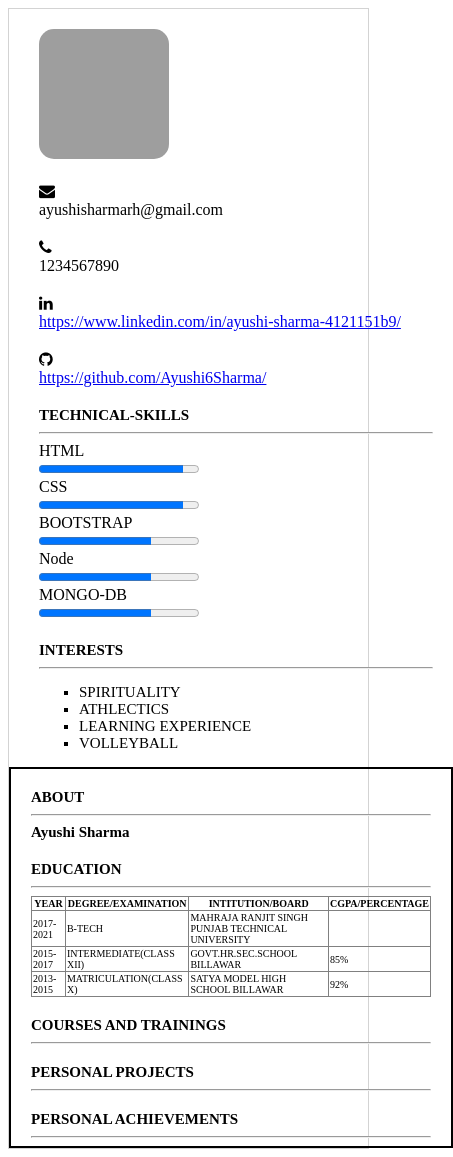
Repository: Ayushi6Sharma/Resume
Page: index.html
These files come from the project's save history. The page is drawn as it stood at one moment and after the next save; the edit follows.
The browser window is 375 px wide. The page is 453 px wide, then 419 px, so the pictures cover 453 px, including what lies to the right of the window. The pictures show the whole page.
Pictures or frames that could not be fetched are drawn as grey boxes.

Above is the page before, as saved 2022-05-04 11:45:11.

### index.html
<!DOCTYPE html>
<html lang="en">
    <head>
        <meta charset="utf-8">
        <meta http-equiv="X-UA-Compatible" content="IE=edge">
        <meta name="viewport" content="width=device-width, initial-scale=1">
        <meta name="description" content="Responsive resume for companies">
        <meta name="author" content="Ayushi Sharma">
        <div class="profile-linkedin"></div>
        <link rel="stylesheet" href="style.css">
        <!-- <link rel="stylesheet" href="https://cdn.jsdelivr.net/npm/@fortawesome/fontawesome-free@5.15.4/css/fontawesome.min.css" integrity="sha384-jLKHWM3JRmfMU0A5x5AkjWkw/EYfGUAGagvnfryNV3F9VqM98XiIH7VBGVoxVSc7" crossorigin="anonymous"> -->
        <!-- <link href="https://cdnjs.cloudflare.com/ajax/libs/font-awesome/5.13.0/css/all.min.css" rel="stylesheet"> -->
        <link rel="stylesheet" href="https://stackpath.bootstrapcdn.com/font-awesome/4.7.0/css/font-awesome.min.css" integrity="sha384-wvfXpqpZZVQGK6TAh5PVlGOfQNHSoD2xbE+QkPxCAFlNEevoEH3Sl0sibVcOQVnN" crossorigin="anonymous">
        <title>Resume</title>
    </head>
    <body>
        <main class="main-content" contenteditable="false">
            <section>
                <div class="left-main-content">
                    <!-- Profile data -->
                    <div class="profile-data">
                        <div class="profile-image">
                           <img src="https://d3dyfaf3iutrxo.cloudfront.net/thumbnail/user/6c8447b7ed274991ae4f61d43667a32b.jpeg" class="img">
                        </div>
                        <div class="profile-email">
                            <div class="email-icon">
                                <i class="fa fa-envelope"></i>
                            </div>
                            <div class="email-address">
                                ayushisharmarh@gmail.com
                            </div>
                        </div>
                        <div class="profile-contact">
                            <div class="phone-icon">
                                <i class="fa fa-phone"></i>
                            </div>
                            <div class="phone-number">
                                1234567890
                            </div>
                        </div>
                        <div class="profile-linkedin">
                            <div class="linkedid-icon">
                                <i class="fa fa-linkedin"></i>
                            </div>
                            <div class="linkedin-account">
                                <a href="https://www.linkedin.com/in/ayushi-sharma-4121151b9/">https://www.linkedin.com/in/ayushi-sharma-4121151b9/</a>
                            </div>
                        </div>
                        <div class="profile-github">
                            <div class="github-icon">
                                <i class="fa fa-github"></i>
                            </div>
                            <div class="github account-account">
                               <a href="https://github.com/Ayushi6Sharma/">https://github.com/Ayushi6Sharma/</a>
                            </div>
                        </div>
                    </div>
                    <!-- Technical Skills -->
                    <div class="technical-skills">
                        <div class="title">
                            TECHNICAL-SKILLS
                        </div>
                        <hr>
                        <div class="skills">
                            <div class="skill-item">
                                HTML
                            </div>
                            <div class="skill-knowledge">
                                <progress value="90" max="100" class="bar"></progress>
                            </div>
                        </div>
                        <div class="skills">
                            <div class="skill-item">
                                CSS
                            </div>
                            <div class="skill-knowledge">
                                <progress value="90" max="100" class="bar"></progress>
                            </div>
                        </div>
                        <div class="skills">
                            <div class="skill-item">
                                BOOTSTRAP
                            </div>
                            <div class="skill-knowledge">
                                <progress value="70" max="100" class="bar"></progress>
                            </div>
                        </div>
                        <div class="skills">
                            <div class="skill-item">
                                Node
                            </div>
                            <div class="skill-knowledge">
                                <progress value="70" max="100" class="bar"></progress>
                            </div>
                        </div>
                        <div class="skills">
                            <div class="skill-item">
                                MONGO-DB
                            </div>
                            <div class="skill-knowledge">
                                <progress value="70" max="100" class="bar"></progress>
                            </div>
                        </div>
                    </div>
                    <!-- Interests -->
                    <div class="Interests">
                        <div class="title">
                            INTERESTS
                        </div>
                        <hr>
                        <ol class="interest-items">
                            <li>SPIRITUALITY</li>
                            <li>ATHLECTICS</li>
                            <li>LEARNING EXPERIENCE</li>
                            <li>VOLLEYBALL</li>
                        </ol>

                    </div>

                </div>

            </section>
            <section>
                <div class="right-main-content">
                     <div class="about">
                        <div class="title">
                            ABOUT
                        </div>
                        <hr>
                         <div class="name">Ayushi Sharma</div>
                         <div class="details">

                         </div>
                     </div>
                     <div class="education">
                         <div class="title">
                             EDUCATION
                         </div>
                         <hr>
                         <div class="eduction-table">
                             <table>
                                 <thead>
                                     <tr>
                                         <th>YEAR</th>
                                         <th>DEGREE/EXAMINATION</th>
                                         <th>INTITUTION/BOARD</th>
                                         <th>CGPA/PERCENTAGE</th>
                                     </tr>
                                 </thead>
                                 <tr>
                                     <td>
                                         2017-2021
                                     </td>
                                     <td>
                                        B-TECH
                                     </td>
                                     <td>MAHRAJA RANJIT SINGH PUNJAB TECHNICAL UNIVERSITY</td>
                                     <td></td>
                                 </tr>
                                 <tr>
                                    <td>
                                        2015-2017
                                    </td>
                                    <td>
                                       INTERMEDIATE(CLASS XII)
                                    </td>
                                    <td>GOVT.HR.SEC.SCHOOL BILLAWAR</td>
                                    <td>
                                        85%
                                    </td>
                                </tr>
                                <tr>
                                    <td>
                                        2013-2015
                                    </td>
                                    <td>
                                       MATRICULATION(CLASS X)
                                    </td>
                                    <td>SATYA MODEL HIGH SCHOOL BILLAWAR</td>
                                    <td>
                                        92%
                                    </td>
                                </tr>
                             </table>
                         </div>
                     </div>
                     <div class="courses-and-trainings">
                         <div class="title">COURSES AND TRAININGS</div>
                         <hr>
                     </div>
                     <div class="personal-projects">
                        <div class="title">
                            PERSONAL PROJECTS
                        </div>
                        <hr>
                     </div>
                     <div class="personal-achievements">
                        <div class="title">
                            PERSONAL ACHIEVEMENTS
                        </div>
                        <hr>
                     </div>

                </div>
            </section>
        </main>
    </body>
</html>

### style.css

.main-content
{
    display: grid;
    grid-template-columns:1fr 3fr;
    width:80%;
    margin: auto;
    border:1px solid lightgrey;
}
.left-main-content
 {
     /* grid-column: span 1; */
    /* border:2px solid black; */
    padding-left: 30px;
    padding-right: 20px;
}
.right-main-content
{
    /* grid-column: span 1/span 2; */
    border: 2px solid black;
    padding-left:20px;
    padding-right: 20px;
}
.profile-data > div{
    margin-top: 20px;
}
/* profile data */
.img
{
    width:130px;
    height:130px;
    border-radius:15px;
}
/* technical skills */
.title{
    margin-top: 20px;
    font-weight: bold;
    font-size: 20px;
    /* color:red; */
}
/* progress{
    color: aquamarine;
} */
/* .bar
{
    border-radius:0px;
    background-color: aqua;
} */
/* Interest */
.interest-items{
    list-style-type: square;
    font-size: 15px;
}
/* Right main content */
.name
{
    font-weight:bold;
    font-size:15px;
}
/* EDUCTAION */
table,th,td
{
    border:1px solid grey;
    border-collapse: collapse;
}
@media only screen and (max-width:600px)
{   .main-content
    {
        grid-template-columns:repeat(1,1fr);
        width:100%;
        /* text-align: center; */
    }
    .title
    {
        font-size: 15px;;
    }
    table
    {
        width:400px;
        font-size: 10px;
    }
}

After the next save:
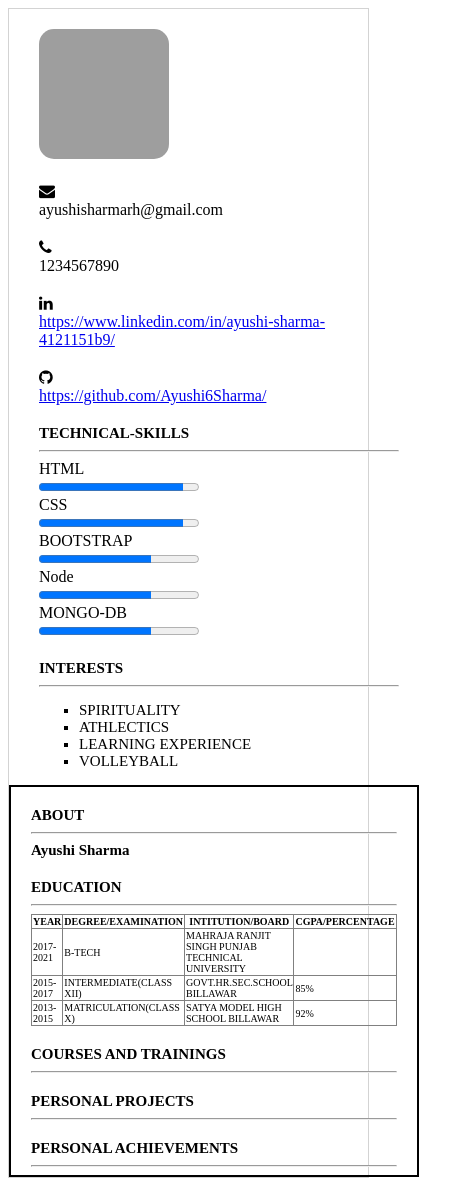
Saved 16 s later.
--- a/style.css
+++ b/style.css
@@ -76,7 +76,7 @@ table,th,td
     }
     table
     {
-        width:400px;
+        /* width:400px; */
         font-size: 10px;
     }
 }
